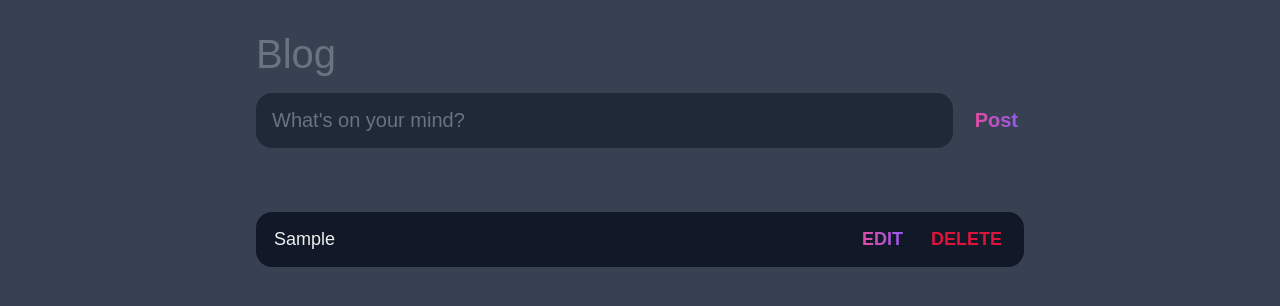
Repository: batonAnton/blog_posts_text_img
Page: index.html
An editor plug-in stored every save of this project. The page is shown before and after the next save, followed by the edit.
The browser window is 1280 px wide. The pictures show the whole page.
Empty fields were first filled with sample values (such as "Sample", 5 or name@example.com).
After loading, the first visible `#new-blog-form` was submitted once.

Above is the page before, as saved 2023-01-27 18:05:56.

After the next save:
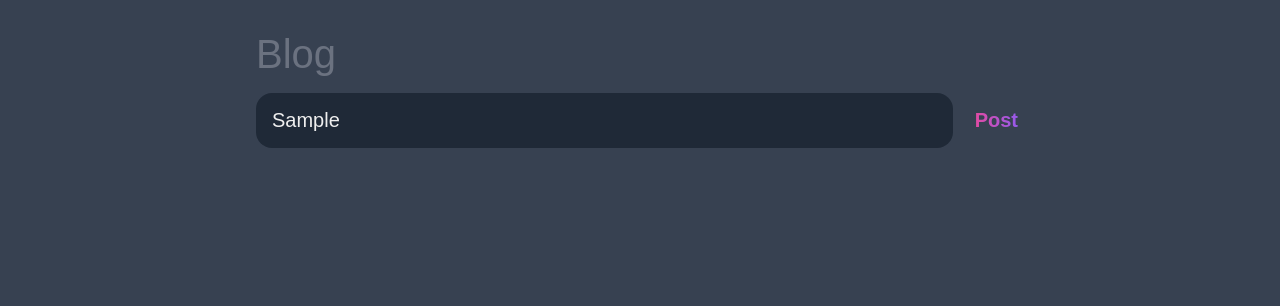
Console error: ReferenceError: task is not defined
Saved 5 min 22 s later.
--- a/index.js
+++ b/index.js
@@ -6,23 +6,23 @@ window.addEventListener('load', () => {
 	form.addEventListener('submit', (e) => {
 		e.preventDefault();
 
-		const task = input.value;
+		const blog = input.value;
 
-		const task_el = document.createElement('div');
-		task_el.classList.add('task');
+		const blog_el = document.createElement('div');
+		blog_el.classList.add('blog');
 
-		const task_content_el = document.createElement('div');
-		task_content_el.classList.add('content');
+		const blog_content_el = document.createElement('div');
+		blog_content_el.classList.add('content');
 
-		task_el.appendChild(task_content_el);
+		blog_el.appendChild(blog_content_el);
 
 		const post_input_el = document.createElement('input');
 		post_input_el.classList.add('text');
 		post_input_el.type = 'text';
 		post_input_el.value = task;
-		post_input_el.setAttribute('readonly', 'readonly');
+		// post_input_el.setAttribute('readonly', 'readonly');
 
-		task_content_el.appendChild(post_input_el);
+		blog_content_el.appendChild(post_input_el);
 
 		const post_actions_el = document.createElement('div');
 		post_actions_el.classList.add('actions');
@@ -31,31 +31,29 @@ window.addEventListener('load', () => {
 		post_edit_el.classList.add('edit');
 		post_edit_el.innerText = 'Edit';
 
-		const task_delete_el = document.createElement('button');
-		task_delete_el.classList.add('delete');
-		task_delete_el.innerText = 'Delete';
+		const blog_delete_el = document.createElement('button');
+		blog_delete_el.classList.add('delete');
+		blog_delete_el.innerText = 'Delete';
 
 		post_actions_el.appendChild(post_edit_el);
-		post_actions_el.appendChild(task_delete_el);
+		post_actions_el.appendChild(blog_delete_el);
 
-		task_el.appendChild(post_actions_el);
+		blog_el.appendChild(post_actions_el);
 
-		list_el.appendChild(task_el);
+		list_el.appendChild(blog_el);
 
 		input.value = '';
 
 		post_edit_el.addEventListener('click', (e) => {
 			if (post_edit_el.innerText.toLowerCase() == "edit") {
 				post_edit_el.innerText = "Save";
-				post_input_el.removeAttribute("readonly");
 				post_input_el.focus();
 			} else {
 				post_edit_el.innerText = "Edit";
-				post_input_el.setAttribute("readonly", "readonly");
 			}
 		});
 
-		task_delete_el.addEventListener('click', (e) => {
+		blog_delete_el.addEventListener('click', (e) => {
 			list_el.removeChild(task_el);
 		});
 	});
